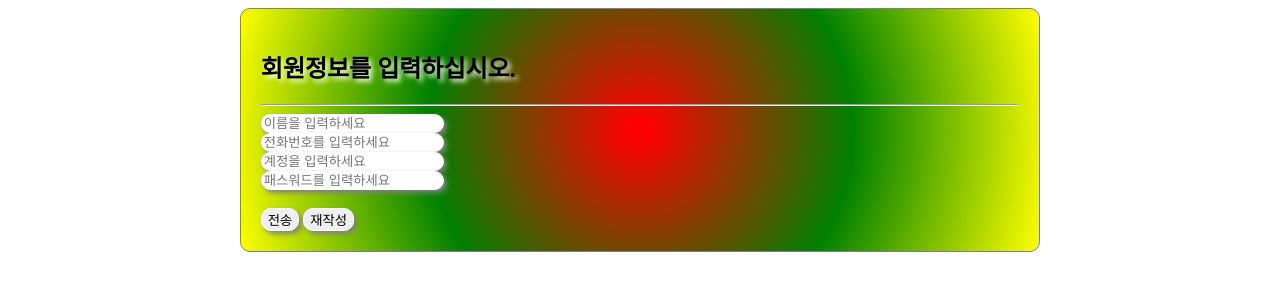
Repository: kdg0109/multicampus_course
Page: web course/workspace_web/mvc/WebContent/htmlexam/memberForm.html
The author's editor kept a copy of each file at every save. The page is drawn from the files as they stood at one save, then again after the next save.
The browser window is 1280 px wide. The pictures show the whole page.

Above is the page before, as saved 2018-02-09 02:42:38.

### web course/workspace_web/mvc/WebContent/htmlexam/memberForm.html
<!DOCTYPE html>
<html>
<head>
<meta charset="UTF-8">
<title>Insert title here</title>
<style>
	h1 {
		text-shadow: 3px 3px 5px #ffffff;
	}
	input {
		border : solid 1px white;
		border-radius: 10px 10px 10px 10px;
	}
	.input {
	 box-shadow: 3px 3px 5px gray;
	}
	.output {
	 box-shadow: 3px 3px 5px gray;
	}
	#click1, #click2 {
		background: gray;
	}
	#article1 {
		width : 60%;
		margin: auto;
		background: radial-gradient(circle, red 2%, green, yellow);
		padding: 20px;
		border-radius: 10px 10px 10px 10px;
		border : solid 1px gray;
	}
</style>
</head>
<body>
	<article id="article1">
		<h1>회원정보를 입력하십시오.</h1>
		<hr>
		<form method="post" action="/mvc/grade" >
			<input type="text" name = "name" placeholder="이름을 입력하세요" class="input" required><br/>
			<input type="tel" name = "tel" placeholder="전화번호를 입력하세요" class="input" required><br/>
			<input type="text" name = "userId" placeholder="계정을 입력하세요" class="input" required><br/>
			<input type="password" name = "userPass" placeholder="패스워드를 입력하세요" class="input" required><br/><br>
	      <input type="submit" name="ok" class="output" value="전송">
	      <input type="reset" name="clear" class="output" value="재작성"><br>
		</form>
	</article>
</body>
</html>

After the next save:
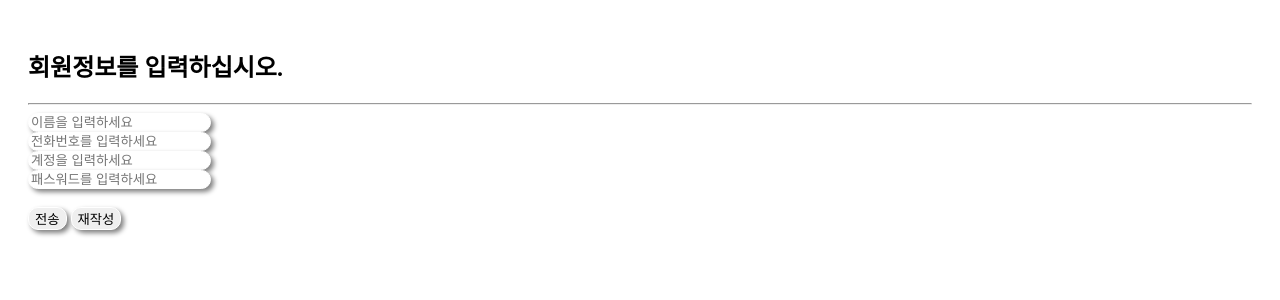
Saved 20 s later.
--- a/web course/workspace_web/mvc/WebContent/htmlexam/memberForm.html
+++ b/web course/workspace_web/mvc/WebContent/htmlexam/memberForm.html
@@ -21,12 +21,7 @@
 		background: gray;
 	}
 	#article1 {
-		width : 60%;
-		margin: auto;
-		background: radial-gradient(circle, red 2%, green, yellow);
 		padding: 20px;
-		border-radius: 10px 10px 10px 10px;
-		border : solid 1px gray;
 	}
 </style>
 </head>
